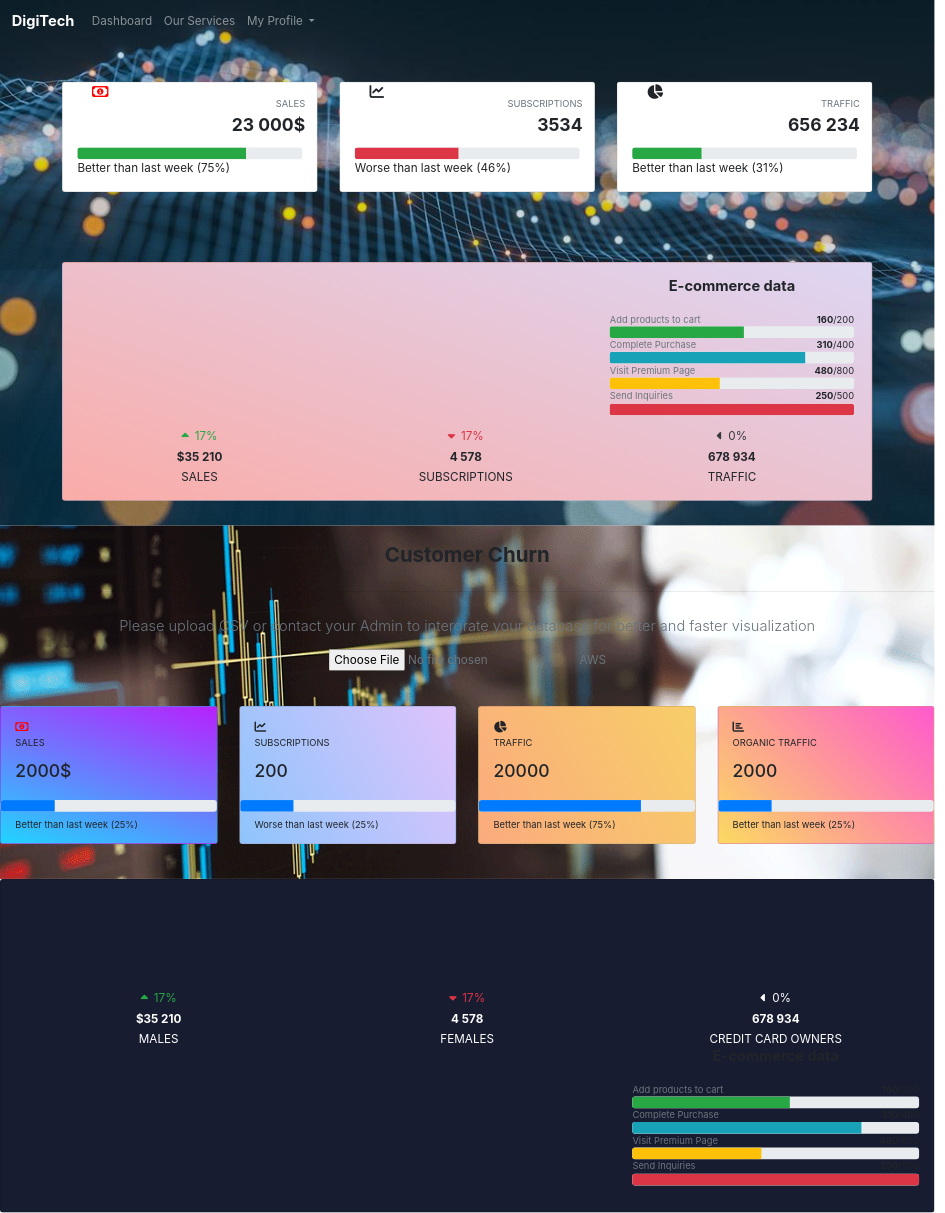
Repository: Tookliin/DigiTech
Page: /data
The author's editor kept a copy of each file at every save. The page is drawn from the files as they stood at one save, then again after the next save.
The browser window is 1280 px wide. The page is 1295 px wide, so the pictures cover 1295 px, including what lies to the right of the window. The pictures show the whole page, at 73% of full size.
The project was rebuilt for these pictures with package versions that can differ from the ones it lists, and the page was loaded fresh each time. Also part of the build but not shown: src/components/Dashboard.vue, src/components/Profile.vue, src/components/Error.vue, src/components/Register.vue.

Above is the page before, as saved 2020-07-22 08:33:14.

### src/App.vue
<template>
  <div id="app">
    <main class="">
  <nav class="navbar fixed-top navbar-expand-lg navbar-dark scrolling-navbar">
        <a class="navbar-brand" href="/"><strong>DigiTech</strong></a>
        <button class="navbar-toggler" type="button" data-toggle="collapse" data-target="#navbarSupportedContent" aria-controls="navbarSupportedContent" aria-expanded="false" aria-label="Toggle navigation">
            <span class="navbar-toggler-icon"></span>
        </button>
        <div class="collapse navbar-collapse" id="navbarSupportedContent">
            <ul class="navbar-nav mr-auto">
              <router-link to="/">
              <a class="nav-link">Dashboard <span class="sr-only">(current)</span></a></router-link>

                <router-link to="/profile">
                  <a class="nav-link" >Our Services</a>
                </router-link>


                 <li class="nav-item dropdown">
          <a class="nav-link dropdown-toggle" id="navbarDropdownMenuLink-4" data-toggle="dropdown" aria-haspopup="true"
            aria-expanded="false">
           My Profile
          </a>
          <div class="dropdown-menu dropdown-menu-right dropdown-info" aria-labelledby="navbarDropdownMenuLink-4">
             <router-link to="/data">
             <a class="dropdown-item">Account</a></router-link>

             <router-link to="/register">
             <a class="dropdown-item">Register</a></router-link>

             <router-link to="/logout">
             <a class="dropdown-item">Log out</a></router-link>



            <!-- <a class="dropdown-item" href="/data">Our Clients</a> -->
          </div>
        </li>
            </ul>
        </div>
    </nav>
    </main>
    <router-view/>
  </div>
</template>
<script>
export default {
  name: "App",
  components:{

  },
  data(){
    return{}
  }
}
</script>

### src/components/Organization.vue
<template>

<div class="">
<div class="data" style="height: 100vh;">

<div class="container ">
    <div class="row">
      <div class="col-lg-4 col-md-12 py-5 my-5">
        <div class="card mt-3">

          <div class="">
            <i class="far fa-money-bill-alt fa-lg primary-color z-depth-2 p-4 ml-3 mt-n3 rounded text-black"></i>
            <div class="float-right text-right p-3">
              <p class="text-uppercase text-muted mb-1"><small>sales</small></p>
              <h4 class="font-weight-bold mb-0">23 000$</h4>
            </div>
          </div>

          <div class="card-body pt-0">
            <div class="progress md-progress">
              <div class="progress-bar bg-success" role="progressbar" style="width: 75%" aria-valuenow="75" aria-valuemin="0"
                aria-valuemax="100"></div>
            </div>
            <p class="card-text">Better than last week (75%)</p>
          </div>
        </div>
      </div>

      <div class="col-lg-4 col-md-6 my-5 py-5">
        <div class="card mt-3">
          <div class="">
            <i class="fas fa-chart-line fa-lg teal z-depth-2 p-4 ml-3 mt-n3 rounded text-black"></i>
            <div class="float-right text-right p-3">
              <p class="text-uppercase text-muted mb-1"><small>subscriptions</small></p>
              <h4 class="font-weight-bold mb-0">3534</h4>
            </div>
          </div>
          <div class="card-body pt-0">
            <div class="progress md-progress">
              <div class="progress-bar bg-danger" role="progressbar" style="width: 46%" aria-valuenow="46" aria-valuemin="0"
                aria-valuemax="100"></div>
            </div>
            <p class="card-text">Worse than last week (46%)</p>
          </div>
        </div>
      </div>

      <div class="col-lg-4 col-md-6 my-5 py-5">
        <div class="card mt-3">
          <div class="">
            <i class="fas fa-chart-pie fa-lg purple z-depth-2 p-4 ml-3 mt-n3 rounded text-black"></i>
            <div class="float-right text-right p-3">
              <p class="text-uppercase text-muted mb-1"><small>traffic</small></p>
              <h4 class="font-weight-bold mb-0">656 234</h4>
            </div>
          </div>
          <div class="card-body pt-0">
            <div class="progress md-progress">
              <div class="progress-bar bg-success" role="progressbar" style="width: 31%" aria-valuenow="31" aria-valuemin="0"
                aria-valuemax="100"></div>
            </div>
            <p class="card-text">Better than last week (31%)</p>
          </div>
        </div>
      </div>
    </div>


    <!-- Client Behaviour -->
 <section>
      <div class=" client-card card">
        <div class="card-body mr-md-1">
          <div class="row mb-3">
            <div class="col-md-8 mb-4">
              <canvas id="barChart" height="100"></canvas>
            </div>
            <div class="col-md-4 mb-1 mb-md-0">
              <h5 class="text-center font-weight-bold mb-4">E-commerce data</h5>
              <div class="d-flex justify-content-between">
                <small class="text-muted">Add products to cart</small>
                <small><span><strong>160</strong></span>/<span></span>200</small>
              </div>
              <div class="progress md-progress">
                <div class="progress-bar bg-success" role="progressbar" style="width: 55%" aria-valuenow="55"
                  aria-valuemin="0" aria-valuemax="100"></div>
              </div>
              <div class="d-flex justify-content-between">
                <small class="text-muted">Complete Purchase</small>
                <small><span><strong>310</strong></span>/<span></span>400</small>
              </div>
              <div class="progress md-progress">
                <div class="progress-bar bg-info" role="progressbar" style="width: 80%" aria-valuenow="80"
                  aria-valuemin="0" aria-valuemax="100"></div>
              </div>
              <div class="d-flex justify-content-between">
                <small class="text-muted">Visit Premium Page</small>
                <small><span><strong>480</strong></span>/<span></span>800</small>
              </div>
              <div class="progress md-progress">
                <div class="progress-bar bg-warning" role="progressbar" style="width: 45%" aria-valuenow="45"
                  aria-valuemin="0" aria-valuemax="100"></div>
              </div>
              <div class="d-flex justify-content-between">
                <small class="text-muted">Send Inquiries</small>
                <small><span><strong>250</strong></span>/<span></span>500</small>
              </div>
              <div class="progress md-progress">
                <div class="progress-bar bg-danger" role="progressbar" style="width: 100%" aria-valuenow="100"
                  aria-valuemin="0" aria-valuemax="100"></div>
              </div>
            </div>
          </div>
          <div class="row text-center">
            <div class="col-md-4 mb-4 mb-md-0">
              <p class="text-success mb-1"><i class="fas fa-caret-up mr-2"></i>17%</p>
              <p class="font-weight-bold mb-1">$35 210</p>
              <p class="text-uppercase mb-md-0">Sales</p>
            </div>
            <div class="col-md-4 mb-4 mb-md-0">
              <p class="text-danger mb-1"><i class="fas fa-caret-down mr-2"></i>17%</p>
              <p class="font-weight-bold mb-1">4 578</p>
              <p class="text-uppercase mb-md-0">Subscriptions</p>
            </div>
            <div class="col-md-4 mb-0">
              <p class="text-dark mb-1"><i class="fas fa-caret-left mr-2"></i>0%</p>
              <p class="font-weight-bold mb-1">678 934</p>
              <p class="text-uppercase mb-0">Traffic</p>
            </div>
          </div>
        </div>
      </div>
    </section>
    </div>
    </div>

<!-- Customer Churn -->
<section class=" customer-churn py-4">

    <h3 class="font-weight-bold text-center dark-grey-text pb-2">
        Customer Churn</h3>
    <hr class="w-header my-4">
    <p class="lead text-center text-muted pt-2 mb-3">Please upload CSV or contact your Admin to intergrate your database for better and faster visualization

    </p>
    <div class="text-center text-muted mb-5">
        <input type="file" name="form" id="form">
        <a class="primary-color">AWS</a>
    </div>


    <div class="row white-text">
      <div class="col-xl-3 col-md-6 mb-4">
        <div class="sales card classic-admin-card primary-color">
          <div class="card-body py-3">
            <i class="far fa-money-bill-alt"></i>
            <p class="small">SALES</p>
            <h4>2000$</h4>
          </div>
          <div class="progress md-progress">
            <div class="progress-bar grey darken-3" role="progressbar" style="width: 25%" aria-valuenow="25" aria-valuemin="0" aria-valuemax="100"></div>
          </div>
          <div class="card-body pt-2 pb-3">
            <p class="small mb-0">Better than last week (25%)</p>
          </div>
        </div>
      </div>

      <div class="col-xl-3 col-md-6 mb-4">
        <div class="subscription card classic-admin-card warning-color">
          <div class="card-body py-3">
            <i class="fas fa-chart-line"></i>
            <p class="small">SUBSCRIPTIONS</p>
            <h4>200</h4>
          </div>
          <div class="progress md-progress">
            <div class="progress-bar bg grey darken-3" role="progressbar" style="width: 25%" aria-valuenow="25" aria-valuemin="0" aria-valuemax="100"></div>
          </div>
          <div class="card-body pt-2 pb-3">
            <p class="small mb-0">Worse than last week (25%)</p>
          </div>
        </div>
      </div>

      <div class="col-xl-3 col-md-6 mb-4">
        <div class="traffic card classic-admin-card light-blue lighten-1">
          <div class="card-body py-3">
            <i class="fas fa-chart-pie"></i>
            <p class="small">TRAFFIC</p>
            <h4>20000</h4>
          </div>
          <div class="progress md-progress">
            <div class="progress-bar grey darken-3" role="progressbar" style="width: 75%" aria-valuenow="75" aria-valuemin="0" aria-valuemax="100"></div>
          </div>
          <div class="card-body pt-2 pb-3">
            <p class="small mb-0">Better than last week (75%)</p>
          </div>
        </div>
      </div>

      <div class="col-xl-3 col-md-6 mb-4">
        <div class="organic card classic-admin-card red accent-2">
          <div class="card-body py-3">
            <i class="fas fa-chart-bar"></i>
            <p class="small">ORGANIC TRAFFIC</p>
            <h4>2000</h4>
          </div>
          <div class="progress md-progress">
            <div class="progress-bar grey darken-3" role="progressbar" style="width: 25%" aria-valuenow="25" aria-valuemin="0" aria-valuemax="100"></div>
          </div>
          <div class="card-body pt-2 pb-3">
            <p class="small mb-0">Better than last week (25%)</p>
          </div>
        </div>
      </div>
    </div>
  </section>


   <section>

    <div class="card" style="background-color: #181C30;">
      <div class="card-body">

        <canvas id="lineChart" class="mb-4" height="100"></canvas>

        <!--Grid row-->
        <div class="row text-center text-white">

          <!--Grid column-->
          <div class="col-md-4 mb-4 mb-md-0">

            <p class="text-success mb-1"><i class="fas fa-caret-up mr-2"></i>17%</p>
            <p class="font-weight-bold mb-1">$35 210</p>
            <p class="text-uppercase mb-md-0">Males</p>

          </div>
          <!--Grid column-->

          <!--Grid column-->
          <div class="col-md-4 mb-4 mb-md-0">

            <p class="text-danger mb-1"><i class="fas fa-caret-down mr-2"></i>17%</p>
            <p class="font-weight-bold mb-1">4 578</p>
            <p class="text-uppercase mb-md-0">Females</p>

          </div>
          <!--Grid column-->

          <!--Grid column-->
          <div class="col-md-4 mb-0">

            <p class="text-grey mb-1"><i class="fas fa-caret-left mr-2"></i>0%</p>
            <p class="font-weight-bold mb-1">678 934</p>
            <p class="text-uppercase mb-0">Credit Card Owners</p>
          </div>
        </div>
             <div class="row mb-3">
            <div class="col-md-8 mb-4">
              <canvas id="barChart" height="100"></canvas>
            </div>
            <div class="col-md-4 mb-1 mb-md-0">
              <h5 class="text-center font-weight-bold mb-4">E-commerce data</h5>
              <div class="d-flex justify-content-between">
                <small class="text-muted">Add products to cart</small>
                <small><span><strong>160</strong></span>/<span></span>200</small>
              </div>
              <div class="progress md-progress">
                <div class="progress-bar bg-success" role="progressbar" style="width: 55%" aria-valuenow="55"
                  aria-valuemin="0" aria-valuemax="100"></div>
              </div>
              <div class="d-flex justify-content-between">
                <small class="text-muted">Complete Purchase</small>
                <small><span><strong>310</strong></span>/<span></span>400</small>
              </div>
              <div class="progress md-progress">
                <div class="progress-bar bg-info" role="progressbar" style="width: 80%" aria-valuenow="80"
                  aria-valuemin="0" aria-valuemax="100"></div>
              </div>
              <div class="d-flex justify-content-between">
                <small class="text-muted">Visit Premium Page</small>
                <small><span><strong>480</strong></span>/<span></span>800</small>
              </div>
              <div class="progress md-progress">
                <div class="progress-bar bg-warning" role="progressbar" style="width: 45%" aria-valuenow="45"
                  aria-valuemin="0" aria-valuemax="100"></div>
              </div>
              <div class="d-flex justify-content-between">
                <small class="text-muted">Send Inquiries</small>
                <small><span><strong>250</strong></span>/<span></span>500</small>
              </div>
              <div class="progress md-progress">
                <div class="progress-bar bg-danger" role="progressbar" style="width: 100%" aria-valuenow="100"
                  aria-valuemin="0" aria-valuemax="100"></div>
              </div>
            </div>
          </div>
      </div>
    </div>
  </section>


    </div>
</template>
<script>
export default {
    name: 'Profile',
    props:{


    }, data() {
        return {
            male: 8137,
            labels: ["Red", "Blue", "Yellow", "Green", "Purple", "Orange"],




        }
    },
    mounted() {

    this.ctxB = document.getElementById("barChart").getContext('2d');
    this.myBarChart =  {
      type: 'bar',
      data: {
        labels: ["Red", "Blue", "Yellow", "Green", "Purple", "Orange"],
        datasets: [{
          label: '# of Votes',
          data: [12, 19, 3, 5, 2, 3],
          backgroundColor: [
            'rgba(255, 99, 132, 0.2)',
            'rgba(54, 162, 235, 0.2)',
            'rgba(255, 206, 86, 0.2)',
            'rgba(75, 192, 192, 0.2)',
            'rgba(153, 102, 255, 0.2)',
            'rgba(255, 159, 64, 0.2)'
          ],
          borderColor: [
            'rgba(255,99,132,1)',
            'rgba(54, 162, 235, 1)',
            'rgba(255, 206, 86, 1)',
            'rgba(75, 192, 192, 1)',
            'rgba(153, 102, 255, 1)',
            'rgba(255, 159, 64, 1)'
          ],
          borderWidth: 1
        }]
      },
      options: {
        scales: {
          yAxes: [{
            ticks: {
              beginAtZero: true
            }
          }]
        }
      }
    };
    },
    methods: {

    },
}
</script>

Loaded but not shown: public/index.html (common file); src/main.js (35 lines, source omitted); src/assets/css/main.css (124 lines, source omitted)

After the next save:
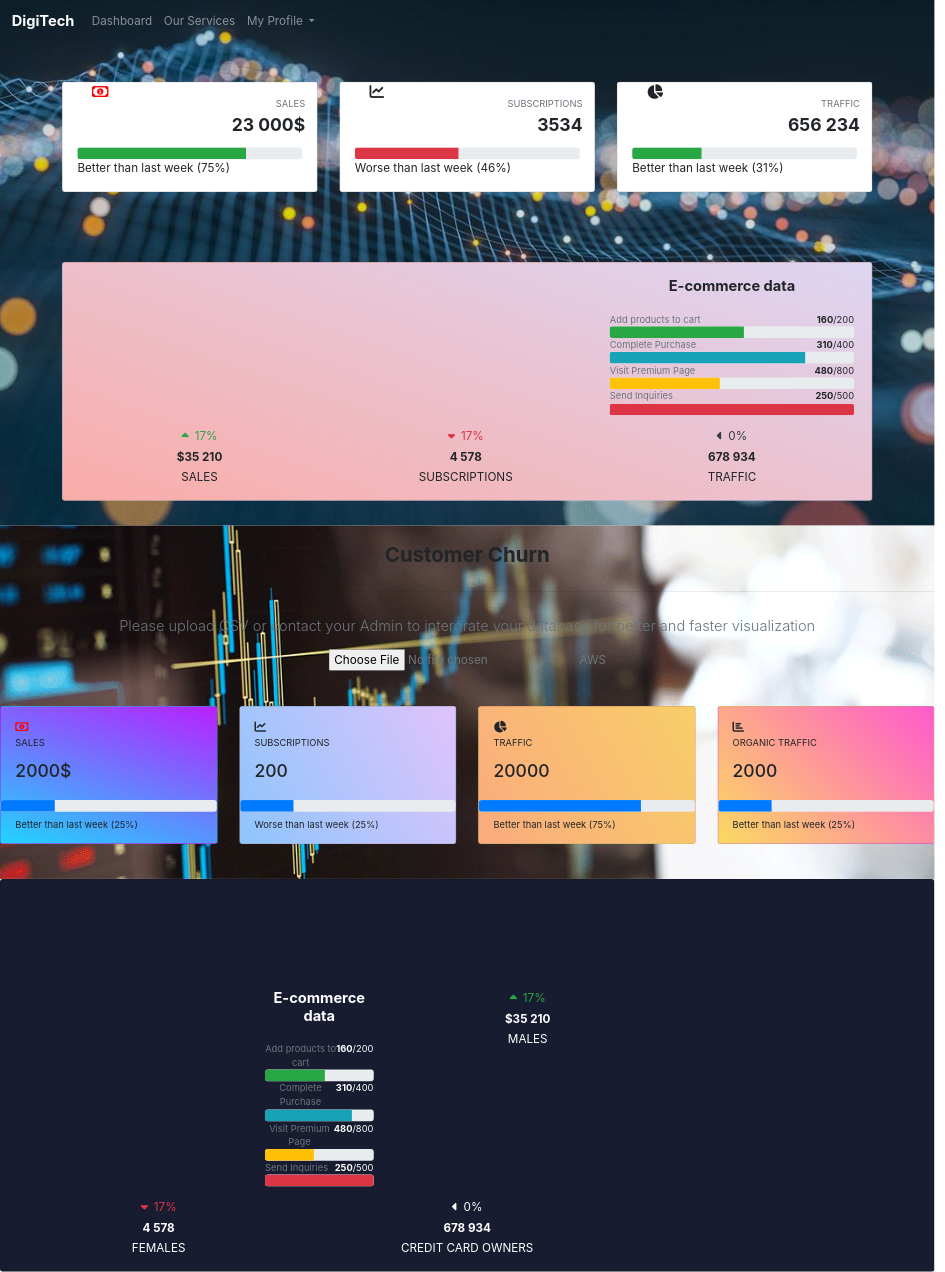
Saved 41 s later.
--- a/src/components/Organization.vue
+++ b/src/components/Organization.vue
@@ -226,6 +226,46 @@
         <!--Grid row-->
         <div class="row text-center text-white">
 
+     <div class="row mb-3">
+            <div class="col-md-8 mb-4">
+              <canvas id="barChart" height="100"></canvas>
+            </div>
+            <div class="col-md-4 mb-1 mb-md-0">
+              <h5 class="text-center font-weight-bold mb-4">E-commerce data</h5>
+              <div class="d-flex justify-content-between">
+                <small class="text-muted">Add products to cart</small>
+                <small><span><strong>160</strong></span>/<span></span>200</small>
+              </div>
+              <div class="progress md-progress">
+                <div class="progress-bar bg-success" role="progressbar" style="width: 55%" aria-valuenow="55"
+                  aria-valuemin="0" aria-valuemax="100"></div>
+              </div>
+              <div class="d-flex justify-content-between">
+                <small class="text-muted">Complete Purchase</small>
+                <small><span><strong>310</strong></span>/<span></span>400</small>
+              </div>
+              <div class="progress md-progress">
+                <div class="progress-bar bg-info" role="progressbar" style="width: 80%" aria-valuenow="80"
+                  aria-valuemin="0" aria-valuemax="100"></div>
+              </div>
+              <div class="d-flex justify-content-between">
+                <small class="text-muted">Visit Premium Page</small>
+                <small><span><strong>480</strong></span>/<span></span>800</small>
+              </div>
+              <div class="progress md-progress">
+                <div class="progress-bar bg-warning" role="progressbar" style="width: 45%" aria-valuenow="45"
+                  aria-valuemin="0" aria-valuemax="100"></div>
+              </div>
+              <div class="d-flex justify-content-between">
+                <small class="text-muted">Send Inquiries</small>
+                <small><span><strong>250</strong></span>/<span></span>500</small>
+              </div>
+              <div class="progress md-progress">
+                <div class="progress-bar bg-danger" role="progressbar" style="width: 100%" aria-valuenow="100"
+                  aria-valuemin="0" aria-valuemax="100"></div>
+              </div>
+            </div>
+          </div>
           <!--Grid column-->
           <div class="col-md-4 mb-4 mb-md-0">
 
@@ -254,46 +294,7 @@
             <p class="text-uppercase mb-0">Credit Card Owners</p>
           </div>
         </div>
-             <div class="row mb-3">
-            <div class="col-md-8 mb-4">
-              <canvas id="barChart" height="100"></canvas>
-            </div>
-            <div class="col-md-4 mb-1 mb-md-0">
-              <h5 class="text-center font-weight-bold mb-4">E-commerce data</h5>
-              <div class="d-flex justify-content-between">
-                <small class="text-muted">Add products to cart</small>
-                <small><span><strong>160</strong></span>/<span></span>200</small>
-              </div>
-              <div class="progress md-progress">
-                <div class="progress-bar bg-success" role="progressbar" style="width: 55%" aria-valuenow="55"
-                  aria-valuemin="0" aria-valuemax="100"></div>
-              </div>
-              <div class="d-flex justify-content-between">
-                <small class="text-muted">Complete Purchase</small>
-                <small><span><strong>310</strong></span>/<span></span>400</small>
-              </div>
-              <div class="progress md-progress">
-                <div class="progress-bar bg-info" role="progressbar" style="width: 80%" aria-valuenow="80"
-                  aria-valuemin="0" aria-valuemax="100"></div>
-              </div>
-              <div class="d-flex justify-content-between">
-                <small class="text-muted">Visit Premium Page</small>
-                <small><span><strong>480</strong></span>/<span></span>800</small>
-              </div>
-              <div class="progress md-progress">
-                <div class="progress-bar bg-warning" role="progressbar" style="width: 45%" aria-valuenow="45"
-                  aria-valuemin="0" aria-valuemax="100"></div>
-              </div>
-              <div class="d-flex justify-content-between">
-                <small class="text-muted">Send Inquiries</small>
-                <small><span><strong>250</strong></span>/<span></span>500</small>
-              </div>
-              <div class="progress md-progress">
-                <div class="progress-bar bg-danger" role="progressbar" style="width: 100%" aria-valuenow="100"
-                  aria-valuemin="0" aria-valuemax="100"></div>
-              </div>
-            </div>
-          </div>
+
       </div>
     </div>
   </section>
